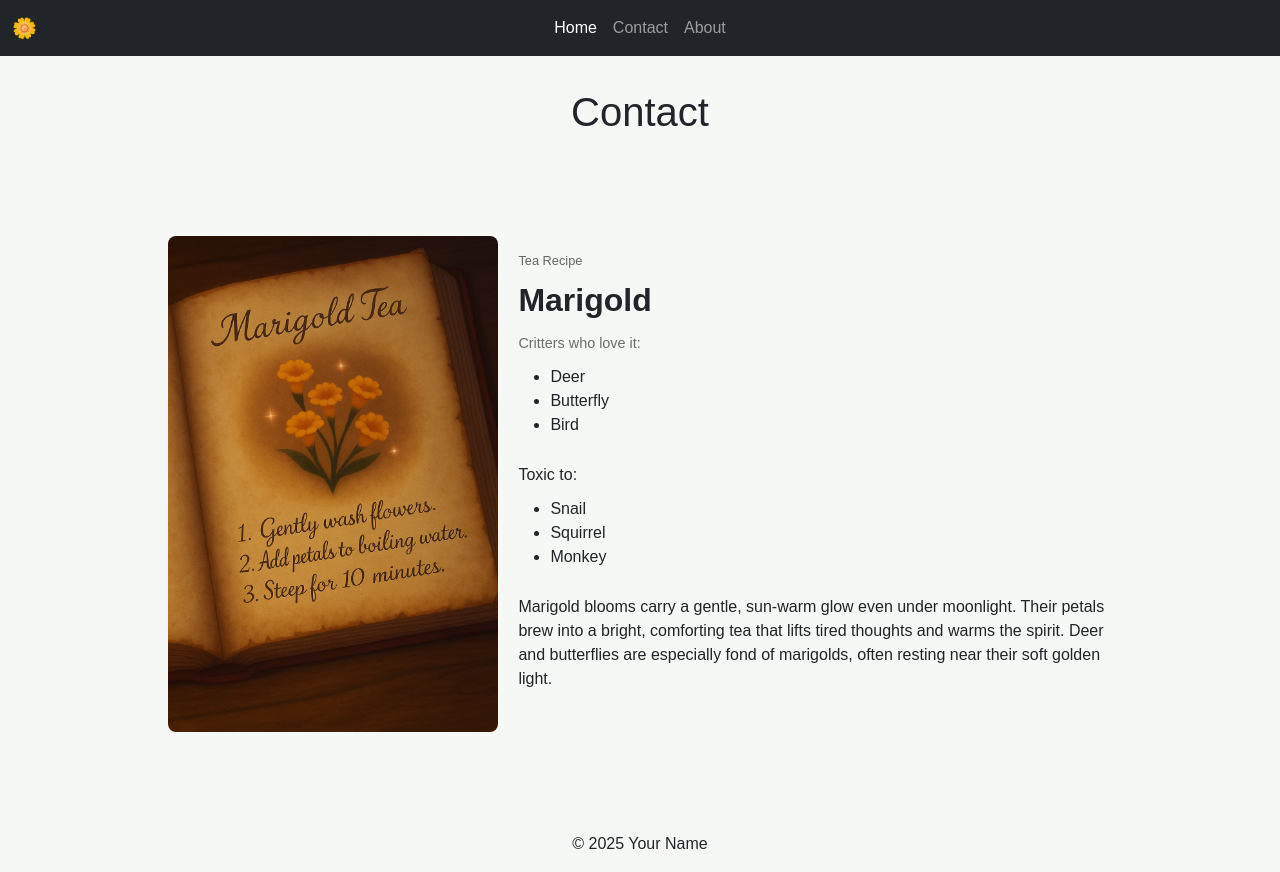
Repository: Brittany-Westlund/WebDesign
Page: FinalProject/contact.html
An editor plug-in stored every save of this project. The page is shown before and after the next save, followed by the edit.
The browser window is 1280 px wide. The pictures show the whole page.

Above is the page before, as saved 2025-12-02 19:44:45.

After the next save:
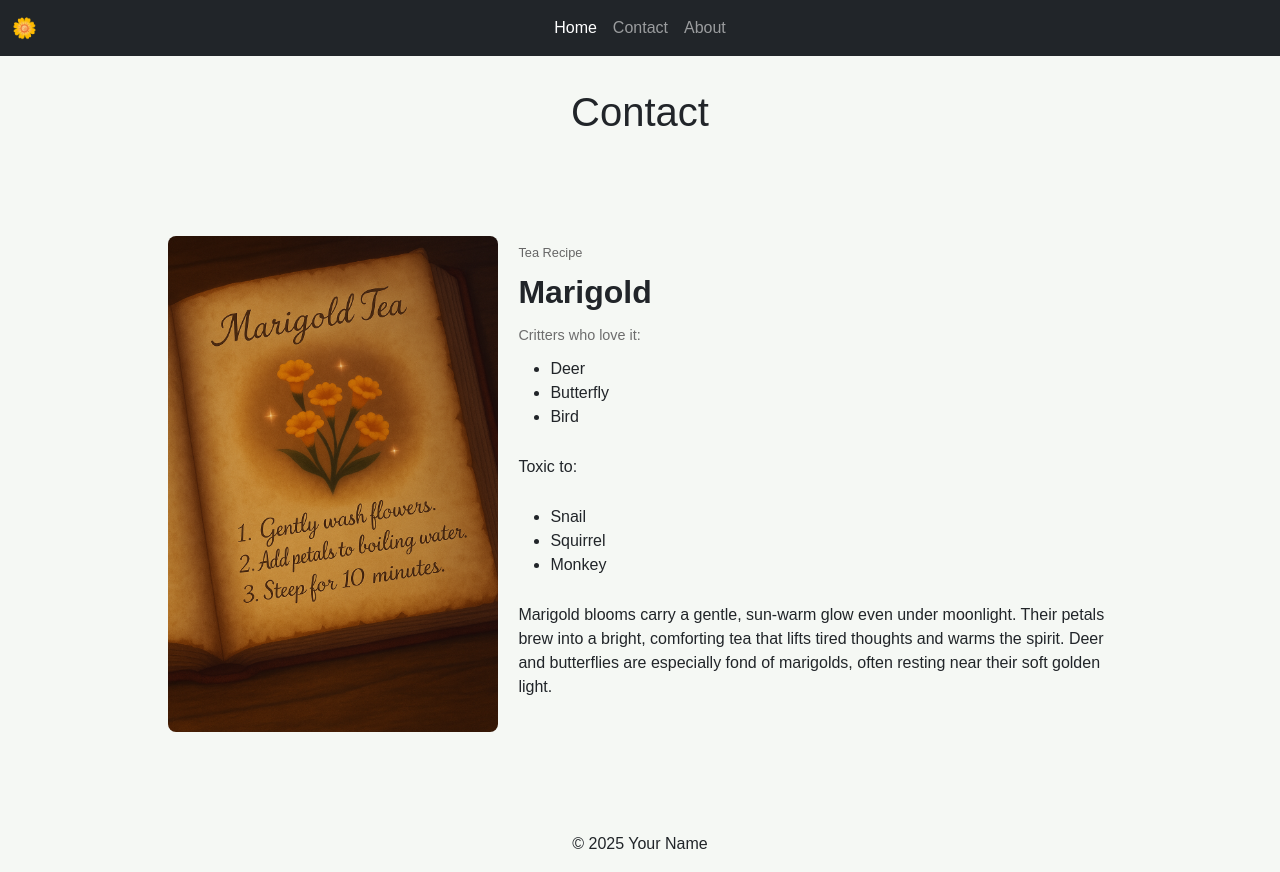
Saved 36 s later.
--- a/FinalProject/contact.html
+++ b/FinalProject/contact.html
@@ -52,7 +52,7 @@
         <li>Butterfly</li>
         <li>Bird</li>
         </ul>
-        Toxic to:
+        <p>Toxic to:</p>
         <ul>
         <li>Snail</li>
         <li>Squirrel</li>

After the save that followed:
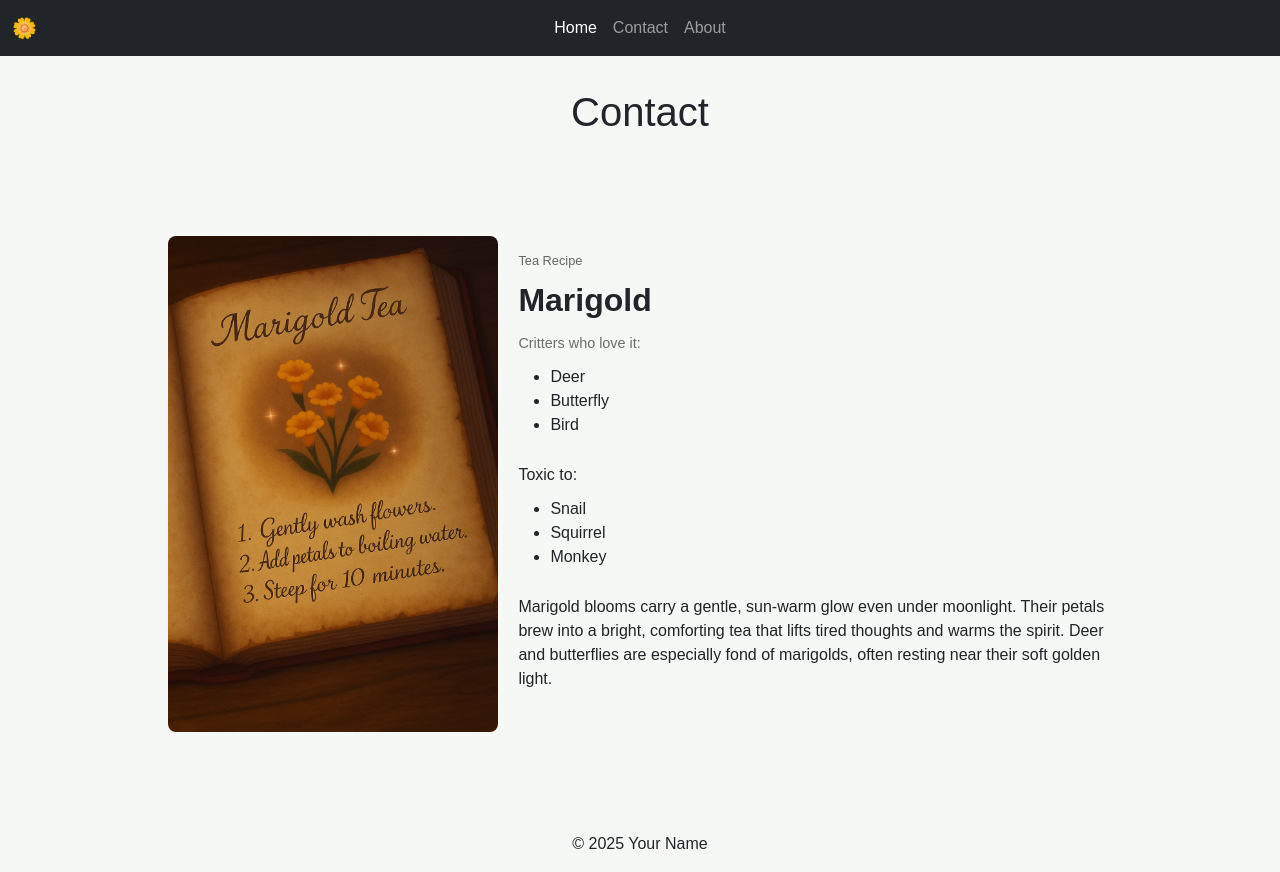
Saved 9 s later.
--- a/FinalProject/contact.html
+++ b/FinalProject/contact.html
@@ -52,7 +52,7 @@
         <li>Butterfly</li>
         <li>Bird</li>
         </ul>
-        <p>Toxic to:</p>
+        Toxic to:
         <ul>
         <li>Snail</li>
         <li>Squirrel</li>
